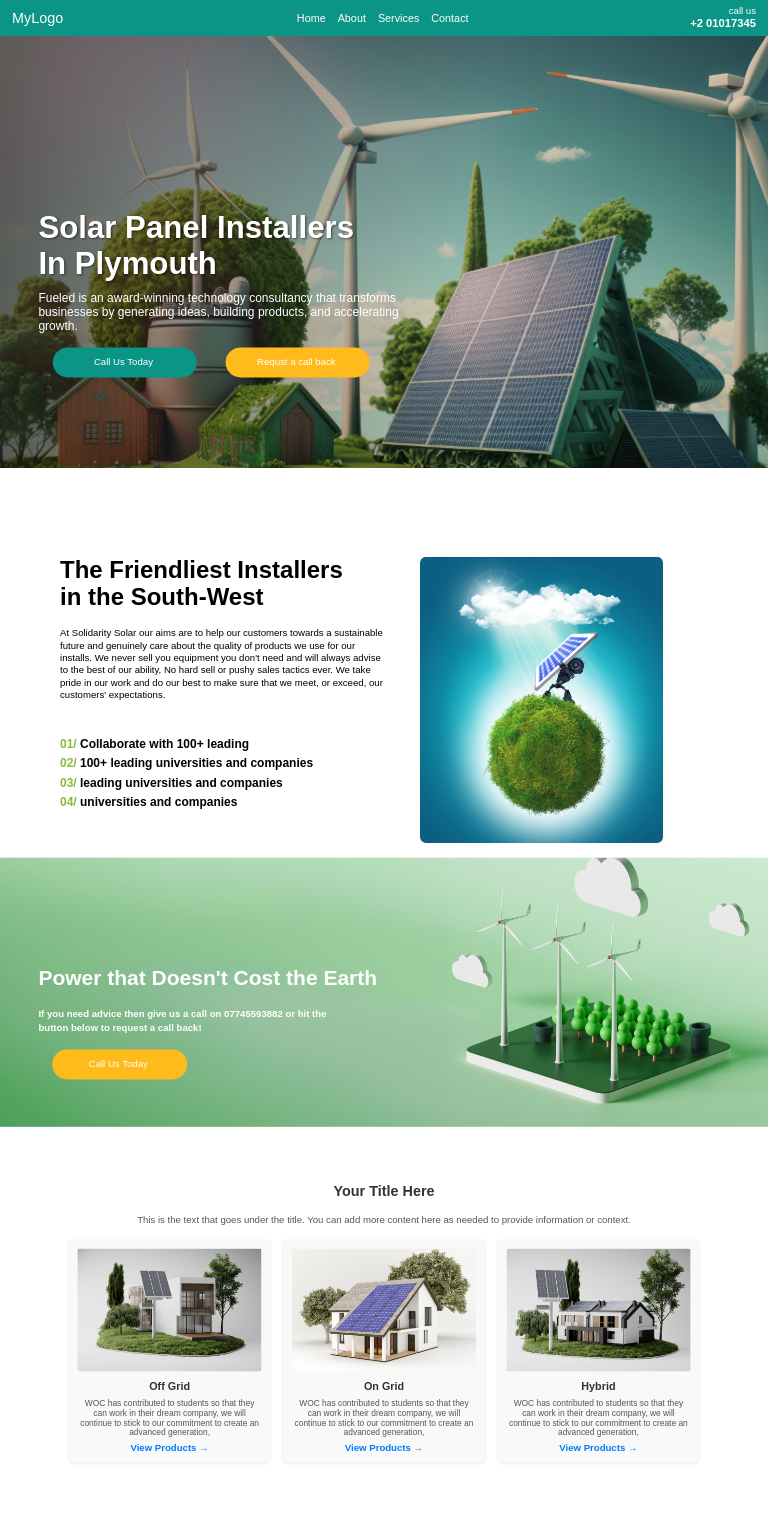
Repository: MaramNabil872/Landing-Page
Page: landingPage.html
These files come from the project's save history. The page is drawn as it stood at one moment and after the next save; the edit follows.
The browser window is 1280 px wide. The pictures show the whole page, at 60% of full size.

Above is the page before, as saved 2024-10-20 22:04:56.

### landingPage.html
<!DOCTYPE html>
<html lang="en">
    <head>
        <meta charset="UTF-8" />
        <meta name="viewport" content="width=device-width, initial-scale=1.0" />
        <title>Landing Page</title>
        <link rel="stylesheet" href="landingPage.css" />
    </head>
    <body>
        <nav class="navbar">
            <div class="logo">MyLogo</div>

            <ul class="nav-links">
                <li><a href="#home">Home</a></li>
                <li><a href="#about">About</a></li>
                <li><a href="#services">Services</a></li>
                <li><a href="#contact">Contact</a></li>
            </ul>
            <div class="call">
                <p>call us</p>
                <h3>+2 01017345</h3>
            </div>
        </nav>

        <div class="image-container">
            <img
                src="images/solar-panels-meadow 1.png"
                alt="Background Image"
                class="background-image"
            />
            <div class="main-text">
                <h2 class="text-wallpaper">
                    Solar Panel Installers <br />
                    In Plymouth
                </h2>
                <br />
                <p class="text-paragraph">
                    Fueled is an award-winning technology consultancy that
                    transforms <br />
                    businesses by generating ideas, building products, and
                    accelerating<br />
                    growth.
                </p>
                <div class="button-container">
                    <button class="button-wallpaper1">Call Us Today</button>
                    <button class="button-wallpaper2">
                        Requst a call back
                    </button>
                </div>
            </div>
        </div>

        <!-- first container -->

        <div class="container1">
            <div class="text-container1">
                <p class="title-container1">
                    The Friendliest Installers <br />in the South-West
                </p>
                <p class="paragraph-container1">
                    At Solidarity Solar our aims are to help our customers
                    towards a sustainable future and genuinely care about the
                    quality of products we use for our installs. We never sell
                    you equipment you don't need and will always advise to the
                    best of our ability, No hard sell or pushy sales tactics
                    ever. We take pride in our work and do our best to make sure
                    that we meet, or exceed, our customers' expectations.
                </p>
                <div class="last-container1">
                    <p>
                        <span class="number-container1">01/ </span>Collaborate
                        with 100+ leading
                    </p>
                    <p>
                        <span class="number-container1">02/ </span> 100+ leading
                        universities and companies
                    </p>
                    <p>
                        <span class="number-container1">03/ </span> leading
                        universities and companies
                    </p>
                    <p>
                        <span class="number-container1">04/ </span> universities
                        and companies
                    </p>
                </div>
            </div>
            <div class="image-container1">
                <img src="images/Rectangle 30.png" alt="solar" />
            </div>
        </div>

        <!-- second section -->

        <div class="section2">
            <img src="images/middle.png" alt="img" />
            <div class="main-text">
                <h2 class="section2-text">Power that Doesn't Cost the Earth</h2>
                <h6 class="section2-paragraph">
                    If you need advice then give us a call on 07745593882 or hit
                    the <br />
                    button below to request a call back!
                </h6>
                <button class="button-wallpaper2">Call Us Today</button>
            </div>
        </div>

        <!-- third section -->

        <div class="white-container">
            <h2 class="title">Your Title Here</h2>
            <p class="text">
                This is the text that goes under the title. You can add more
                content here as needed to provide information or context.
            </p>

            <div class="card-container">
                <div class="card">
                    <img src="images/1.png" alt="Image 2" class="card-image" />
                    <h3 class="card-title">Off Grid</h3>
                    <p class="card-text">
                        WOC has contributed to students so that they can work in
                        their dream company, we will continue to stick to our
                        commitment to create an advanced generation,
                    </p>
                    <a href="#" class="card-link">View Products →</a>
                </div>
                <div class="card">
                    <img
                        src="images/solar-panels-meadow 2 (1).png"
                        alt="Image 3"
                        class="card-image"
                    />
                    <h3 class="card-title">On Grid</h3>
                    <p class="card-text">
                        WOC has contributed to students so that they can work in
                        their dream company, we will continue to stick to our
                        commitment to create an advanced generation,
                    </p>
                    <a href="#" class="card-link">View Products →</a>
                </div>
                <div class="card">
                    <img
                        src="images/solar-panels-meadow 3.png"
                        alt="Image 1"
                        class="card-image"
                    />
                    <h3 class="card-title">Hybrid</h3>
                    <p class="card-text">
                        WOC has contributed to students so that they can work in
                        their dream company, we will continue to stick to our
                        commitment to create an advanced generation,
                    </p>
                    <a href="#" class="card-link">View Products →</a>
                </div>
            </div>
        </div>
    </body>
</html>

### landingPage.css
* {
    margin: 0;
    padding: 0;
    box-sizing: border-box; /* Added for consistent sizing */
}

body {
    font-family: Arial, sans-serif;
}
@media (max-width: 480px) {
    .text-overlay {
        font-size: 1.2rem; /* Even smaller text size for very small screens */
    }

    .call h3 {
        font-size: 1.2rem; /* Adjust call size for small screens */
    }
}
@media (max-width: 768px) {
    .navbar {
        flex-direction: column; /* Stack items vertically */
        align-items: flex-start; /* Align items to the left */
    }

    .nav-links {
        margin-top: 10px; /* Space between navbar and links */
    }

    .nav-links li {
        margin-left: 0;
        margin-bottom: 10px; /* Space between links */
    }

    .text-overlay {
        font-size: 1.5rem; /* Smaller text size for mobile */
    }
}


.navbar {
    background-color: #0b9586;
    display: flex;
    justify-content: space-between;
    align-items: center;
    padding: 10px 20px;
    position: relative;
    flex-wrap: wrap; /* Allow items to wrap on smaller screens */
}

.logo {
    color: #fff;
    font-size: 24px;
}

.nav-links {
    list-style: none;
    display: flex;
    flex-wrap: wrap; /* Allow links to wrap on smaller screens */
}

.nav-links li {
    margin-left: 20px;
}

.nav-links a {
    text-decoration: none;
    color: white;
    font-size: 18px;
    transition: color 0.3s;
}

.nav-links a:hover {
    color: #f0a500;
}

.call {
    color: #fff;
    text-align: right; /* Align text to the right */
}

.image-container {
    position: relative;
    width: 100%;
    height: 100vh;
    overflow: hidden;
}

.background-image {
    width: 100%;
    height: 100%;
    object-fit: cover;
}
.main-text{
    position: absolute;
    top: 40%;
    left:5%;
}
.text-wallpaper {


    color: white;
    font-size: 52px;
    font-weight: bold;
    text-shadow: 2px 2px 4px rgba(0, 0, 0, 0.5);
}
.text-paragraph{
    color: white;
    font-size:  20px;

}
.button-container{
    display: flex;
}
.button-wallpaper1 {
    background-color: #0b9586;
    color: white;
    border: none;
    border-radius: 20em;
    padding: 0.8em 1.5em 0.8em 1.2em;
    width: 40%;
    margin: 4%;
    height: 50px;
    font-size: 16px;
    cursor: pointer;
    align-items: center;

}
.button-wallpaper2 {
    background-color:  #FFBB1C;
    ;
    color: white;
    border: none;
    border-radius: 20em;
    padding: 0.8em 1.5em 0.8em 1.2em;
    width: 40%;
    margin: 4%;
    height: 50px;
    font-size: 16px;
    cursor: pointer;
    align-items: center;

}

.container1 {
    display: flex;
    background-color: white;
    padding-top: 10%;
    border-radius: 8px;
    max-width: 1200px;
    margin: 20px auto;


}
.title-container1{
    font-size: 40px;
    font-weight: bold;


}
.text-container1 {
   flex:1;
    padding-right:5%;
padding-left: 5%;}
.paragraph-container1{
    margin-top: 5%;
    line-height: 1.3;
}

.last-container1{
    font-size: 20px;
    font-weight: bold;
    padding-top: 10%;
    line-height: 1.6;
    .number-container1{
        color:#84BD3A;
        ;
    }
}
.image-container1 {
   flex:1
}

.image-container1 img {
    width: 75%;
    height: auto;
    border-radius: 8px;
}


.section2 {
    position: relative;
    width: 100%;
    overflow: hidden;
}

.section2 img {
    width: 100%;
    height: auto; }

.section2-text {
font-size: 35px;
    color: white;

}
.section2-paragraph{
    padding-top: 5%;
    line-height: 1.5;

    font-size: 16px;
    color: white;
}

/* third section */
.white-container {
    background-color: white;
    padding: 5%;
    max-width: 1200px;
    margin: 2% auto;
}

.title {
    margin-bottom: 2%;
    font-size: 24px;
    color: #333;
    text-align: center;

}

.text {
    margin-bottom: 2%;
    font-size: 16px;
    color: #555;
    line-height: 1.5;
    text-align: center;
}

.card-container {
    display: flex; /* Use Flexbox to align cards in a row */
    justify-content: space-between; /* Space between cards */
    margin-top: 20px; /* Space above the card container */
}

.card {
    background-color: #f9f9f9; /* Light background for each card */
    border-radius: 8px; /* Rounded corners for cards */
    box-shadow: 0 1px 4px rgba(0, 0, 0, 0.1); /* Subtle shadow for cards */
    padding: 15px; /* Padding inside the cards */
    text-align: center; /* Center the text in the cards */
    flex: 1; /* Allow cards to grow equally */
    margin: 0 10px; /* Margin between cards */
}

.card-image {
    width: 100%; /* Make the image take full width of the card */
    height: auto; /* Maintain aspect ratio */
    border-radius: 4px; /* Rounded corners for the image */
}

.card-title {
    font-size: 18px; /* Font size for card titles */
    color: #333; /* Color of card title text */
    margin: 10px 0; /* Margin above and below card title */
}

.card-text {
    font-size: 14px; /* Font size for card text */
    color: #555; /* Color of card text */
    margin: 10px 0; /* Margin above and below card text */
}

.card-link {
    text-decoration: none; /* Remove underline from link */
    color: #007bff; /* Link color */
    font-weight: bold; /* Bold link text */
}

.card-link:hover {
    text-decoration: underline; /* Underline link on hover */
}

After the next save:
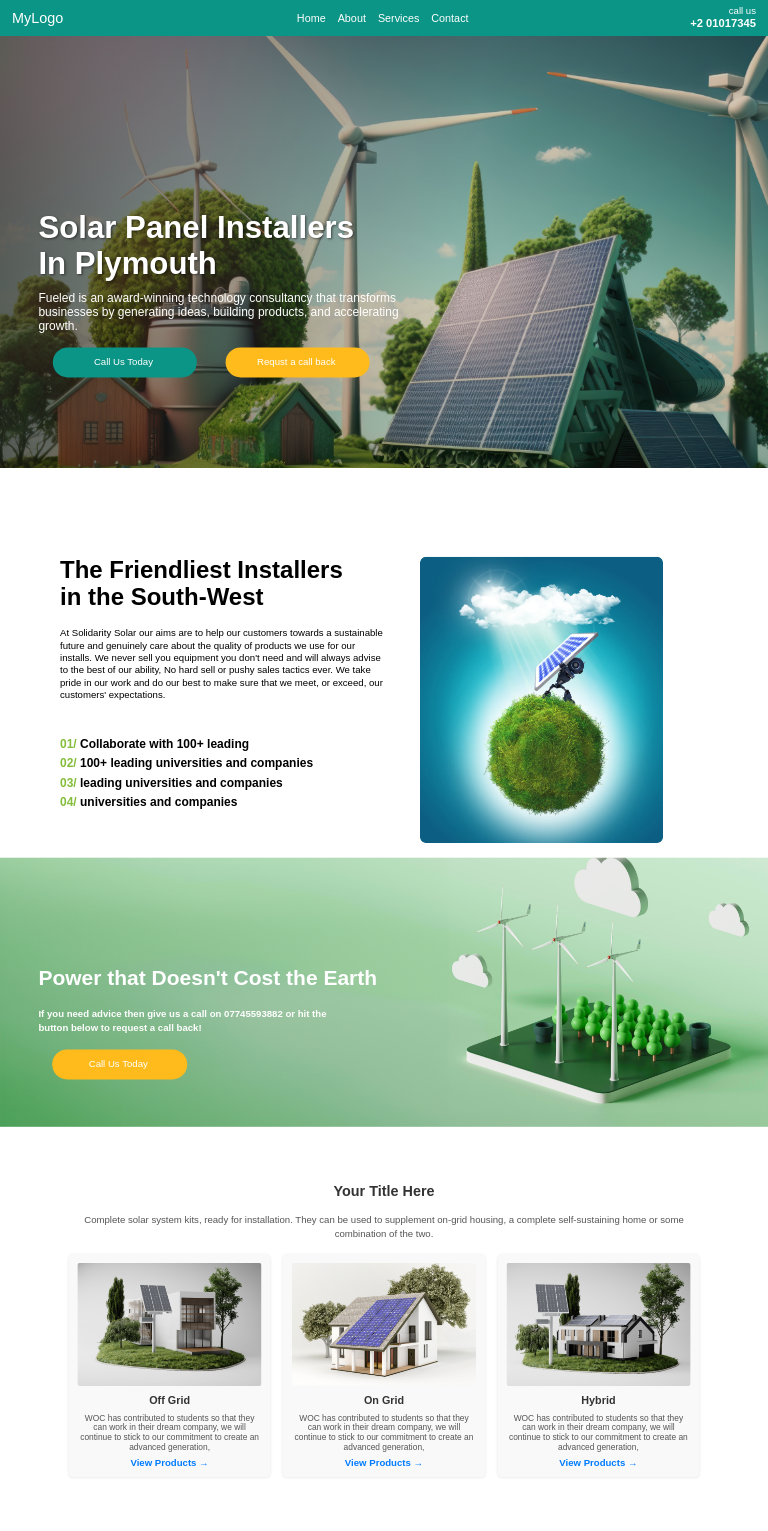
Saved 19 s later.
--- a/landingPage.html
+++ b/landingPage.html
@@ -110,8 +110,7 @@
         <div class="white-container">
             <h2 class="title">Your Title Here</h2>
             <p class="text">
-                This is the text that goes under the title. You can add more
-                content here as needed to provide information or context.
+                Complete solar system kits, ready for installation. They can be used to supplement on-grid housing, a complete self-sustaining home or some combination of the two.
             </p>
 
             <div class="card-container">
